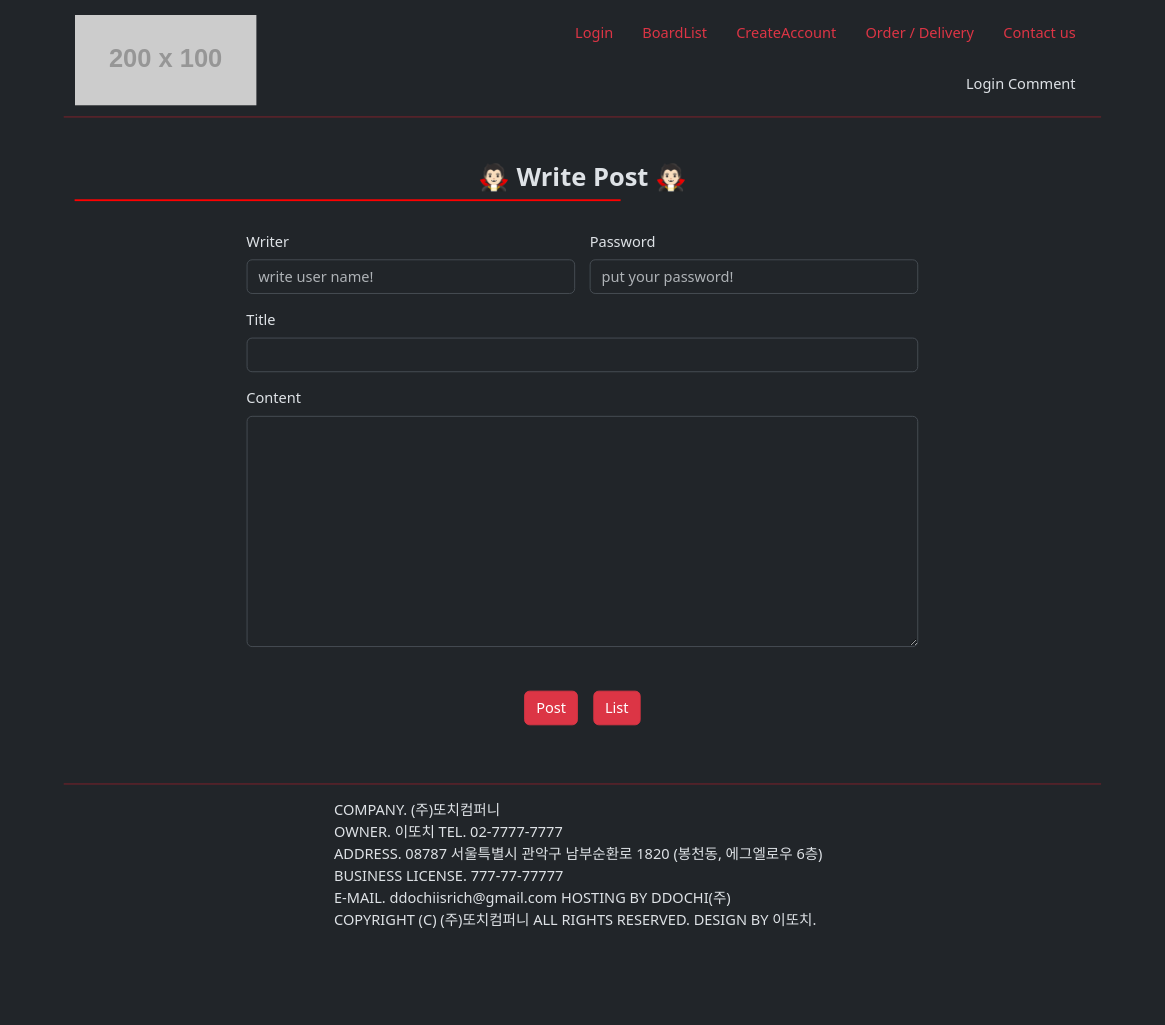
Repository: ddochiisrich/Ddochi-Web
Page: http://localhost/JSPClassCh06/writeForm
An editor plug-in stored every save of this project. The page is shown before and after the next save, followed by the edit.
The browser window is 1280 px wide. The pictures show the whole page, at 91% of full size.
The page is served by Tomcat 9.

Above is the page before, as saved 2024-04-11 05:45:32.

After the next save:
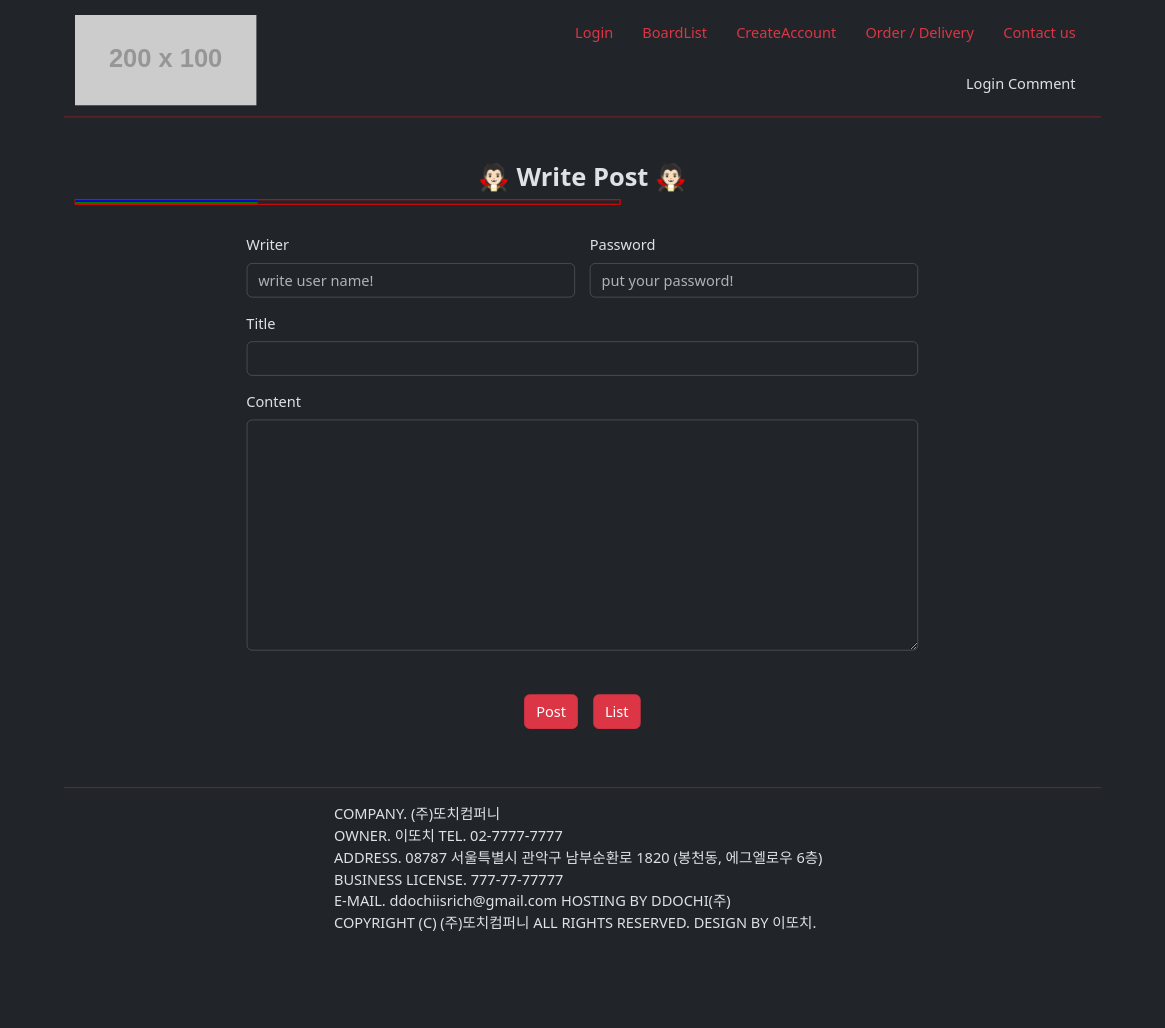
Saved 22 s later.
--- a/JSPClassCh06/src/main/webapp/WEB-INF/board/writeForm.jsp
+++ b/JSPClassCh06/src/main/webapp/WEB-INF/board/writeForm.jsp
@@ -30,8 +30,8 @@
 				</div>
 
 				<div class="parent" style="width: 600px; hieght:600px; border: 1px solid red;">
-					<div class="sub1" style="width: 200px; hieght:200px;"></div>
-					<div class="sub2" style="width: 200px; hieght:200px;"></div>
+					<div class="sub1" style="width: 200px; hieght:200px; border: 1px solid blue;"></div>
+					<div class="sub2" style="width: 200px; hieght:200px; border: 1px solid green"></div>
 				</div>
 
 				<form name="writeForm" id="writeForm" action="writeProcess"
